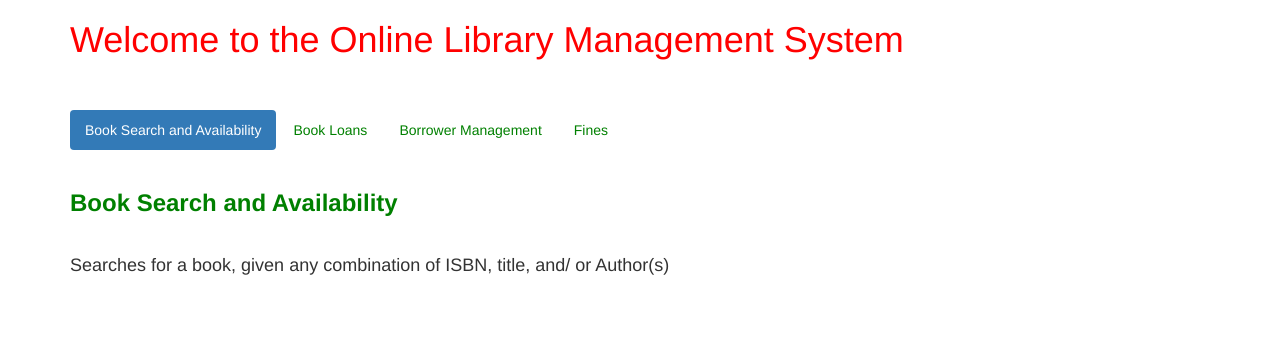
Repository: ApurvaMithal/LibraryManagementSystem
Page: http://localhost/LibraryManagementSystem/
These files come from the project's save history. The page is drawn as it stood at one moment and after the next save; the edit follows.
The browser window is 1280 px wide. The pictures show the whole page.
The page is served by Tomcat 9. Other server files are loaded and not shown.

Above is the page before, as saved 2018-03-03 01:40:57.

### eclipse/LibraryManagementSystem/WebContent/index.jsp
<%@ page language="java" contentType="text/html; charset=ISO-8859-1"
	pageEncoding="ISO-8859-1"%>
<!DOCTYPE html PUBLIC "-//W3C//DTD HTML 4.01 Transitional//EN" "http://www.w3.org/TR/html4/loose.dtd">

<html>
	<head>
		<title>Book Search and Availability</title>
		<link rel="stylesheet" href="css/bootstrap.min.css">
		<script src="js/jquery.min.js"></script>
		<script src="js/bootstrap.min.js"></script>
		<style>
		a:link {
    color: green;
    background-color: transparent;
    text-decoration: none;
}
a:visited {
    color: pink;
    background-color: transparent;
    text-decoration: none;
}
a:hover {
    color: red;
    background-color: transparent;
    text-decoration: underline;
}
a:active {
    color: yellow;
    background-color: transparent;
    text-decoration: underline;
}
</style>
	</head>

	<body>

		<div class="container">
			<h1><font color = "red">Welcome to the Online Library Management System</font></h1>
			</br></br>
			<ul class="nav nav-pills">
				<li class="active"><a data-toggle="pill" href="#BookSearch">Book Search and Availability</a></li>
				<li><a data-toggle="pill" href="#BookLoans">Book Loans</a></li>
				<li><a data-toggle="pill" href="#BorrowerManagement">Borrower Management</a></li>
				<li><a data-toggle="pill" href="#Fines">Fines</a></li>
			</ul>
			</br>

			<div class="tab-content">
				<div id="BookSearch" class="tab-pane fade in active">
				<h3><font color = "green"><strong>Book Search and Availability</strong></font></h3></br>
				<h4>Searches for a book, given any combination of ISBN, title, and/
				or Author(s)</h4></br>

				</div>
			<div id="BookLoans" class="tab-pane fade">
				<h3><font color = "green"><strong>Book Loans</strong></font></h3></br>
				<h4>Facilitates Checking in and Checking out of books.</h4></br>
			</div>
			<div id="BorrowerManagement" class="tab-pane fade">
				<h3><font color = "green"><strong>Borrower Management</strong></font></h3></br>
				<h4>Create new borrowers in the system</h4></br>
			</div>
			<div id="Fines" class="tab-pane fade">
				<h3><font color = "green"><strong>Fines</strong></font></h3></br>
				<h4>Handles fine management</h4></br>
			</div>
			</div>
		</div>

	</body>
</html>

Loaded but not shown: eclipse/LibraryManagementSystem/WebContent/css/bootstrap.min.css (library); eclipse/LibraryManagementSystem/WebContent/js/jquery.min.js (library); eclipse/LibraryManagementSystem/WebContent/js/bootstrap.min.js (library)

After the next save:
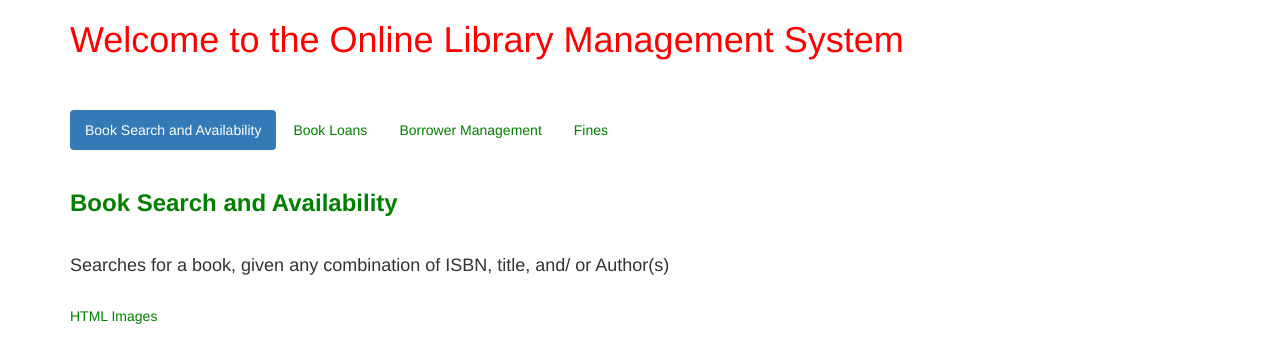
Saved 37 s later.
--- a/eclipse/LibraryManagementSystem/WebContent/index.jsp
+++ b/eclipse/LibraryManagementSystem/WebContent/index.jsp
@@ -50,6 +50,7 @@ a:active {
 				<h3><font color = "green"><strong>Book Search and Availability</strong></font></h3></br>
 				<h4>Searches for a book, given any combination of ISBN, title, and/
 				or Author(s)</h4></br>
+				<a href="BookSearch.jsp" target="_blank">HTML Images</a>
 
 				</div>
 			<div id="BookLoans" class="tab-pane fade">
